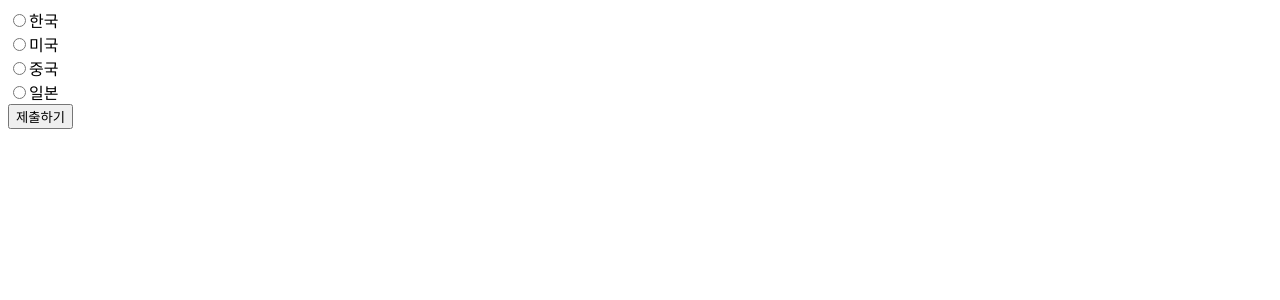
Repository: jungreul97/jsp_pracitce
Page: http://localhost/JSPBasic/JspObject/2.response/travel_main.jsp
These files come from the project's save history. The page is drawn as it stood at one moment and after the next save; the edit follows.
The browser window is 1280 px wide. The pictures show the whole page.
The page is served by Tomcat 9.

Above is the page before, as saved 2022-02-04 03:41:06.

### JSPBasic/src/main/webapp/JspObject/2.response/travel_main.jsp
<%@ page language="java" contentType="text/html; charset=UTF-8"
    pageEncoding="UTF-8"%>
<!DOCTYPE html>
<html>
<head>
<meta charset="UTF-8">
<title>가고싶은 여행지들</title>
</head>
<body>
	<%--
		form 태그를 만들어 주시고 목적지는 travel_check.jsp, post 방식 입니다.
		라디오 버튼을 최소 4개를 만들어주세요.
		각 라디오 버튼에는 value= 이라고 해서 뭘 선택했는지 식별할 수 있도록
		각 버튼별로 다른 value 값을 지정해주세요
		submit 버튼도 하나 만들어 주세요.
	 --%>

	 <form action = "travel_check.jsp" method = "post">
	 	<input type = "radio" name = "travel" value = "Korea">한국<br/>
	 	<input type = "radio" name = "travel" value = "USA">미국<br/>
	 	<input type = "radio" name = "travel" value = "China">중국<br/>
	 	<input type = "radio" name = "travel" value = "Japan">일본<br/>
	 	<input type = "submit" value = "제출하기"><br/>
	 </form>

</body>
</html>

After the next save:
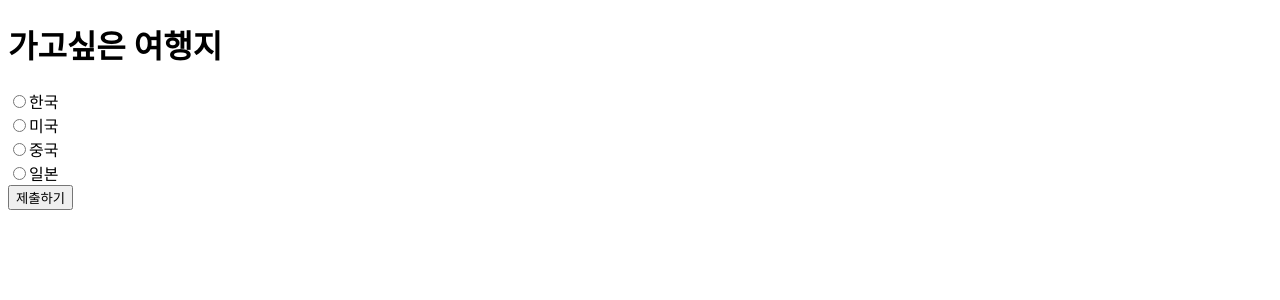
Saved 2 min 4 s later.
--- a/JSPBasic/src/main/webapp/JspObject/2.response/travel_main.jsp
+++ b/JSPBasic/src/main/webapp/JspObject/2.response/travel_main.jsp
@@ -14,7 +14,7 @@
 		각 버튼별로 다른 value 값을 지정해주세요
 		submit 버튼도 하나 만들어 주세요.
 	 --%>
-
+	 <h1>가고싶은 여행지</h1>
 	 <form action = "travel_check.jsp" method = "post">
 	 	<input type = "radio" name = "travel" value = "Korea">한국<br/>
 	 	<input type = "radio" name = "travel" value = "USA">미국<br/>
